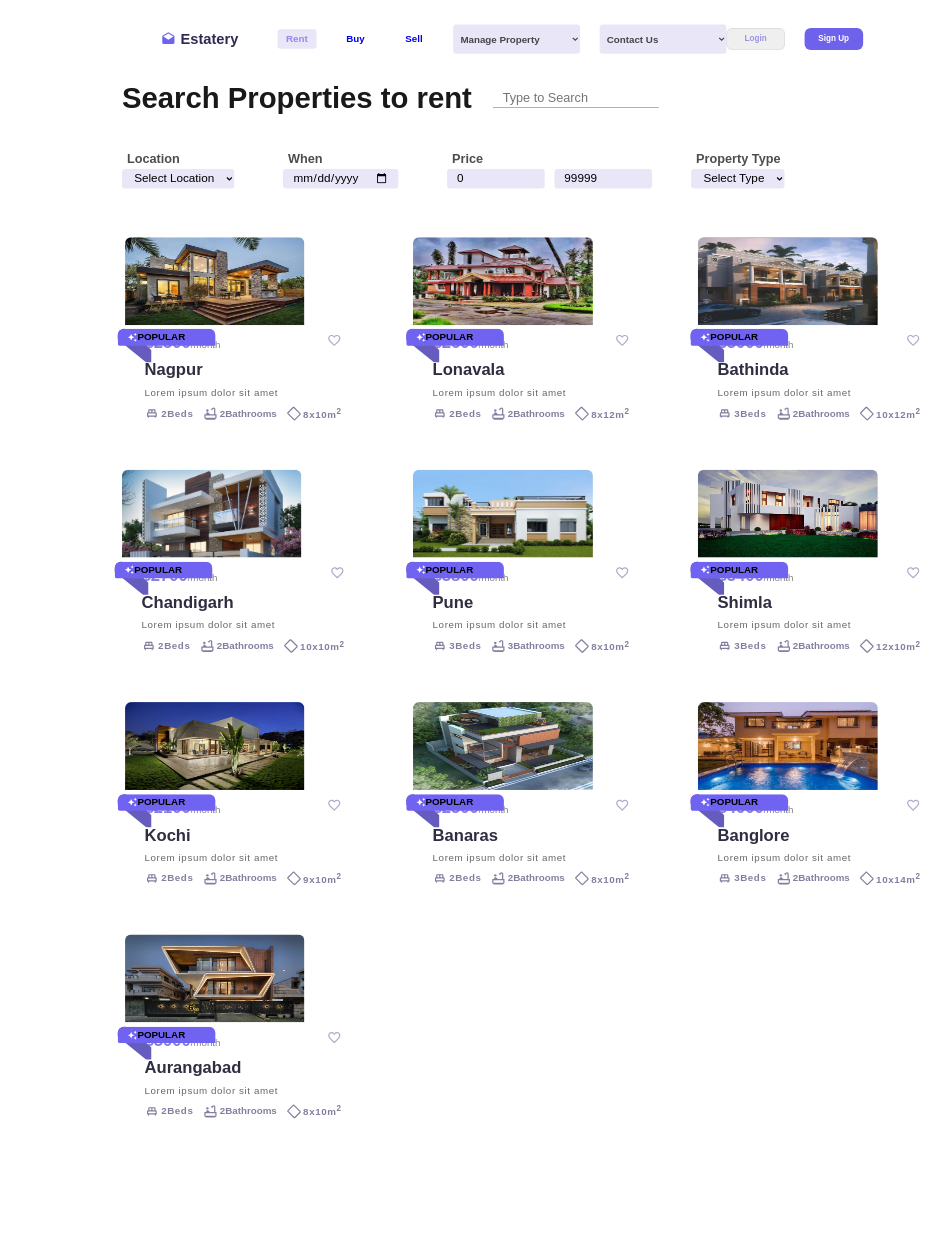
Repository: kapil4457/Reunion-Internship-Assignment
Page: /
The author's editor kept a copy of each file at every save. The page is drawn from the files as they stood at one save, then again after the next save.
The browser window is 1280 px wide. The page is 1541 px wide, so the pictures cover 1541 px, including what lies to the right of the window. The pictures show the whole page, at 61% of full size.
The project was rebuilt for these pictures with package versions that can differ from the ones it lists, and the page was loaded fresh each time. Also part of the build but not shown: src/App.css.

Above is the page before, as saved 2022-10-07 20:30:50.

After the next save:
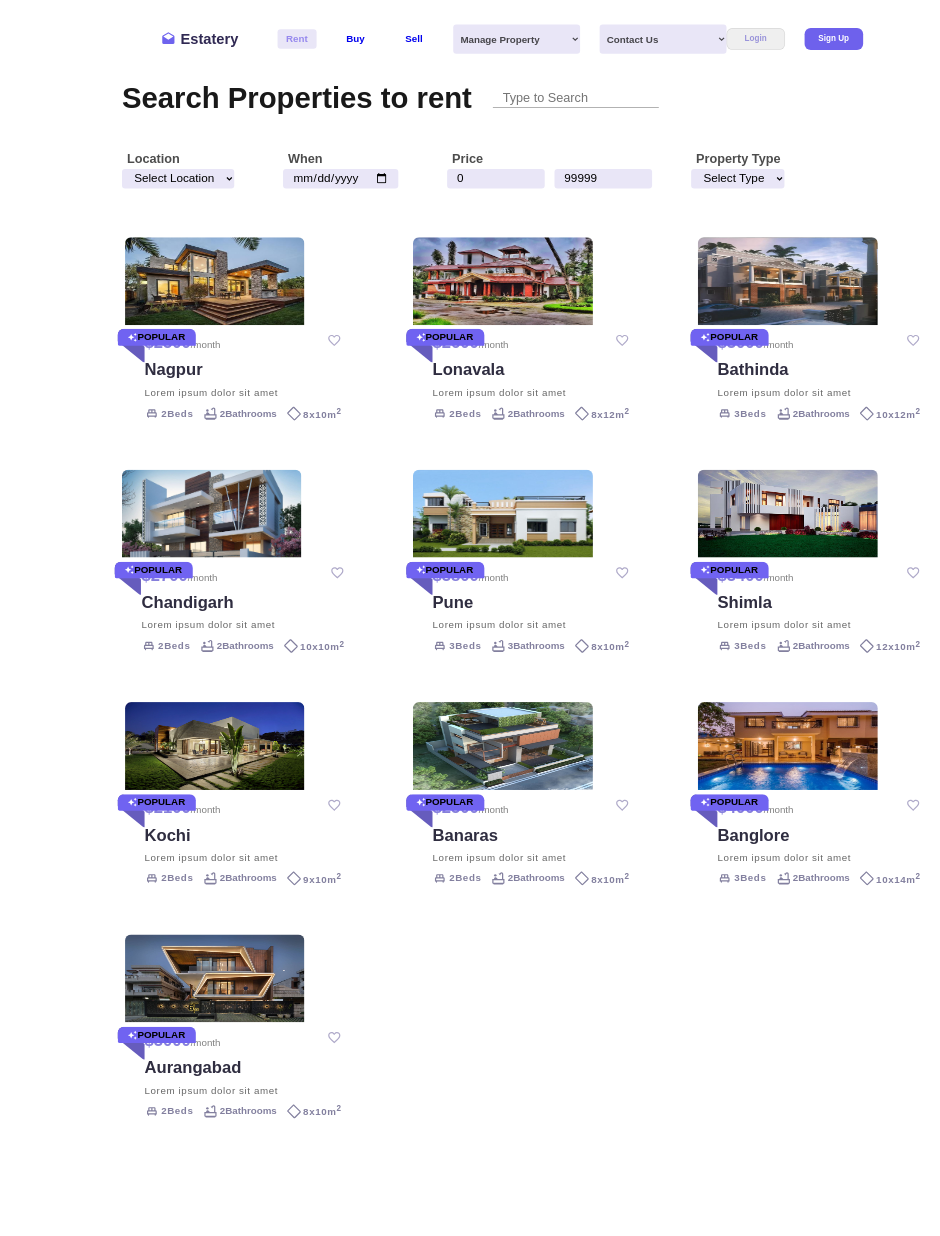
Saved 7 s later.
--- a/src/components/RentCard/RentCard.css
+++ b/src/components/RentCard/RentCard.css
@@ -79,7 +79,7 @@ height:100%;
 
 .purple-tag{
     position: absolute;
-    width:10rem;
+    width:8rem;
     height:3.4rem;
     top:50%;
     left:-3%;
